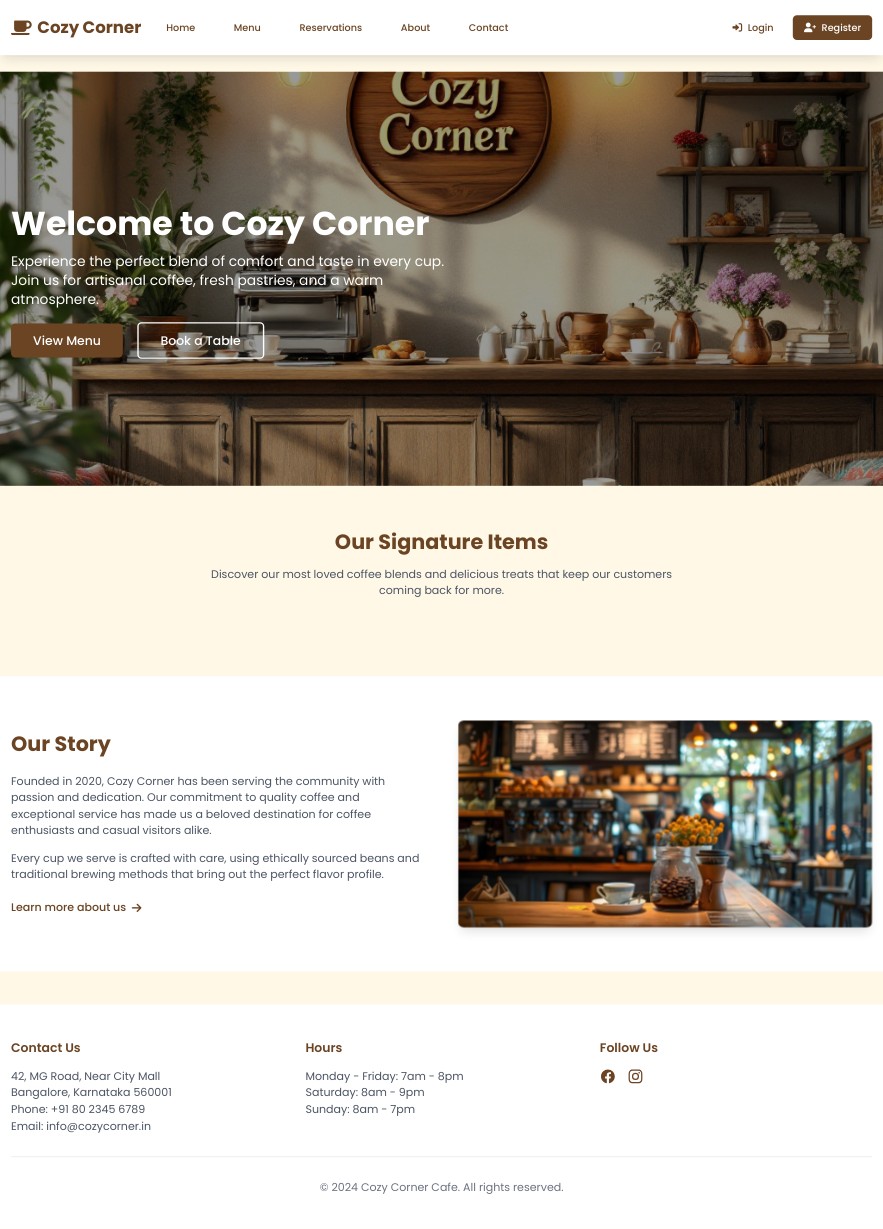
Repository: Aryansin1234/cafe-website
Page: http://localhost/
The author's editor kept a copy of each file at every save. The page is drawn from the files as they stood at one save, then again after the next save.
The browser window is 1280 px wide. The pictures show the whole page, at 69% of full size.
Some web libraries are served in a nearby version. The page is run by PHP 8.4 with error messages shown; the project is at /var/www/html/. Queries for data that is not in the repository find no rows.

Above is the page before, as saved 2025-04-10 14:56:57.

After the next save:
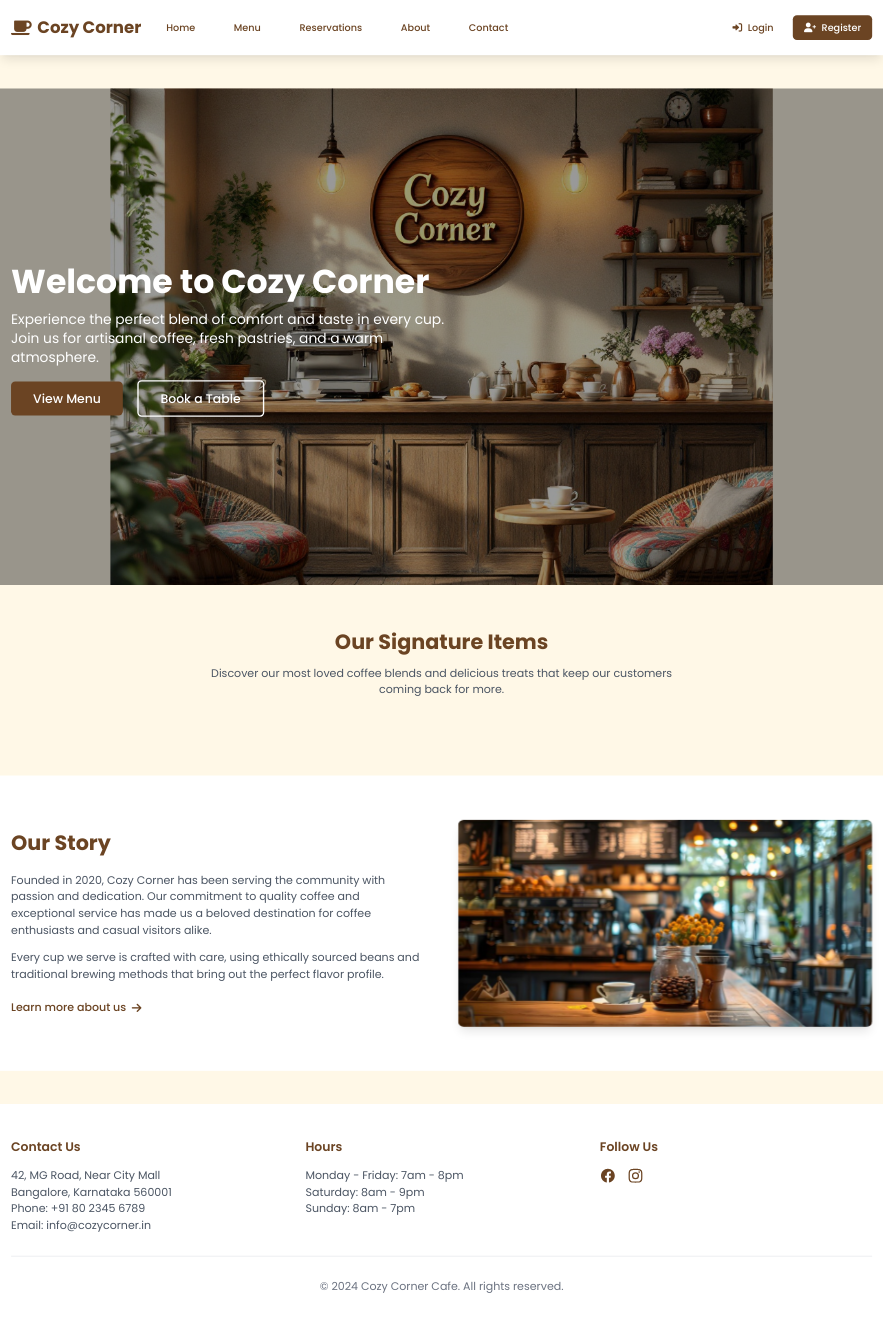
Saved 56 s later.
--- a/index.php
+++ b/index.php
@@ -1,18 +1,20 @@
 <?php require_once 'partials/header.php'; ?>
 
 <!-- Hero Section -->
-<div class="relative min-h-[600px] -mt-6">
-    <div class="absolute inset-0">
-        <img src="assets/images/hero-bg1.jpg" alt="Cafe Interior" class="w-full h-full object-cover object-center">
-        <div class="absolute inset-0 bg-black opacity-40"></div>
+<div class="relative w-full overflow-hidden">
+    <div class="w-full">
+        <img src="assets/images/hero-bg1.jpg" alt="Cafe Interior" class="w-full max-h-screen object-contain">
+        <div class="absolute inset-0 bg-black bg-opacity-40"></div>
     </div>
-    <div class="relative max-w-7xl mx-auto min-h-[600px] flex items-center px-4 py-20">
-        <div class="text-white max-w-2xl" data-aos="fade-up" data-aos-duration="1000">
-            <h1 class="text-5xl font-bold mb-4">Welcome to Cozy Corner</h1>
-            <p class="text-xl mb-8">Experience the perfect blend of comfort and taste in every cup. Join us for artisanal coffee, fresh pastries, and a warm atmosphere.</p>
-            <div class="space-x-4" data-aos="fade-up" data-aos-delay="300" data-aos-duration="1000">
-                <a href="menu.php" class="bg-cafe-brown hover:bg-cafe-accent text-white px-8 py-3 rounded-md text-lg font-medium transition duration-300">View Menu</a>
-                <a href="reservations.php" class="border-2 border-white hover:bg-white hover:text-cafe-brown text-white px-8 py-3 rounded-md text-lg font-medium transition duration-300">Book a Table</a>
+    <div class="absolute inset-0 flex items-center">
+        <div class="max-w-7xl mx-auto px-4 w-full">
+            <div class="text-white max-w-2xl" data-aos="fade-up" data-aos-duration="1000">
+                <h1 class="text-5xl font-bold mb-4">Welcome to Cozy Corner</h1>
+                <p class="text-xl mb-8">Experience the perfect blend of comfort and taste in every cup. Join us for artisanal coffee, fresh pastries, and a warm atmosphere.</p>
+                <div class="space-x-4" data-aos="fade-up" data-aos-delay="300" data-aos-duration="1000">
+                    <a href="menu.php" class="bg-cafe-brown hover:bg-cafe-accent text-white px-8 py-3 rounded-md text-lg font-medium transition duration-300">View Menu</a>
+                    <a href="reservations.php" class="border-2 border-white hover:bg-white hover:text-cafe-brown text-white px-8 py-3 rounded-md text-lg font-medium transition duration-300">Book a Table</a>
+                </div>
             </div>
         </div>
     </div>
